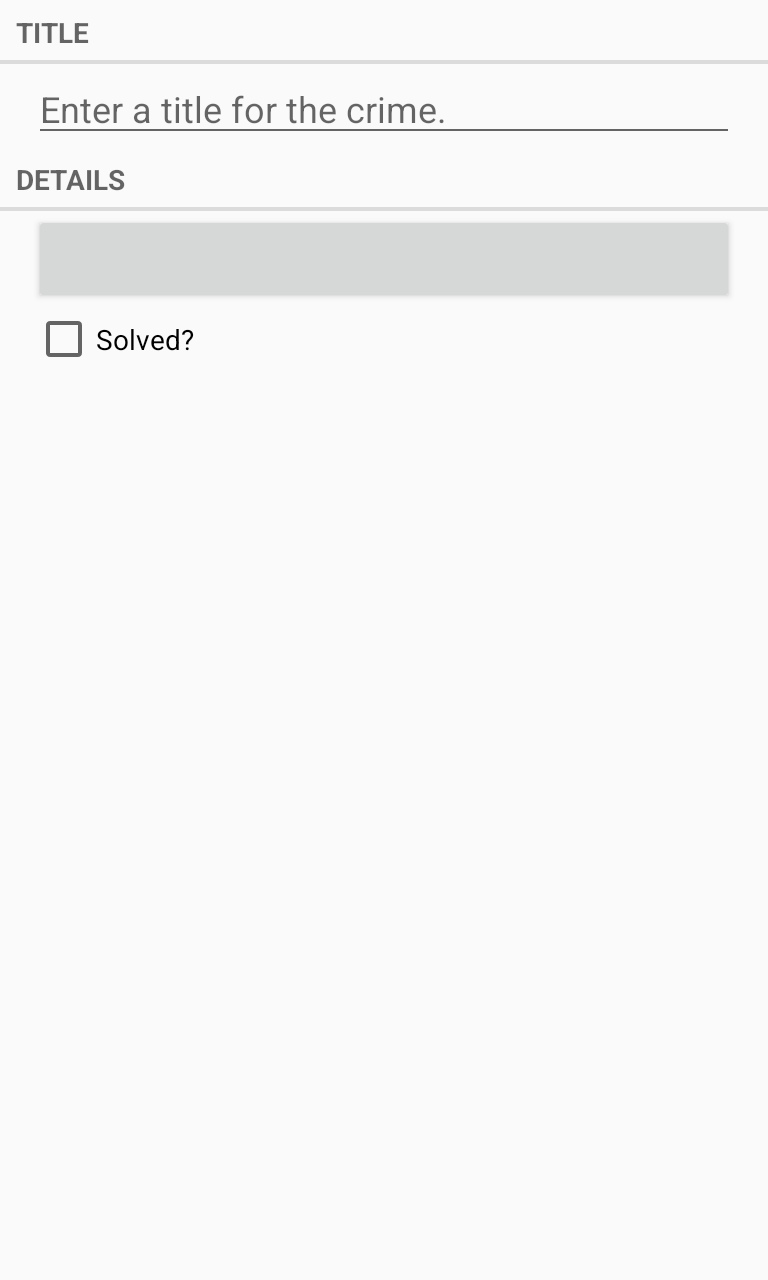
Repository: p-tricky/Android
Layout: CriminalIntent/res/layout/fragment_criminal.xml
An editor plug-in stored every save of this project. The layout is shown before and after the next save, followed by the edit.
It is drawn on a 768 x 1280 px phone screen (xhdpi) without system bars, with theme AppTheme; the app's code is not run.

Above is the layout before, as saved 2014-09-06 01:40:09.

After the next save:
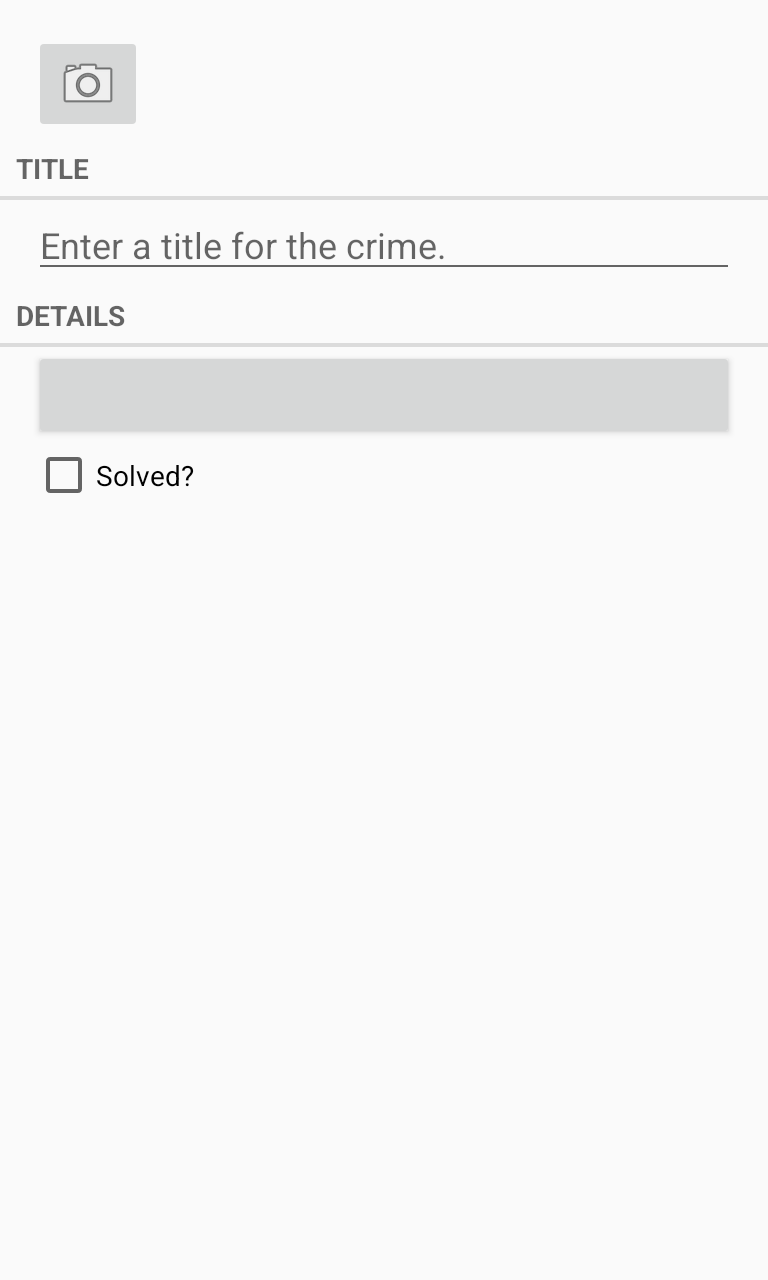
Saved 18 min 28 s later.
--- a/CriminalIntent/res/layout/fragment_criminal.xml
+++ b/CriminalIntent/res/layout/fragment_criminal.xml
@@ -4,6 +4,27 @@
     android:layout_height="match_parent"
     android:orientation="vertical" >
 
+    <LinearLayout
+        android:layout_width="fill_parent"
+        android:layout_height="wrap_content"
+        android:orientation="horizontal"
+        android:layout_marginLeft="16dp"
+        android:layout_marginTop="16dp">
+
+        <LinearLayout
+            android:layout_width="wrap_content"
+            android:layout_height="wrap_content"
+            android:orientation="vertical"
+        	android:layout_marginRight="4dp">
+
+			<ImageButton
+			    android:id="@+id/crime_imageButton"
+			    android:layout_width="match_parent"
+			    android:layout_height="wrap_content"
+			    android:src="@android:drawable/ic_menu_camera" />
+
+    	</LinearLayout>
+    </LinearLayout>
     <TextView
         android:layout_width="match_parent"
         android:layout_height="wrap_content"
